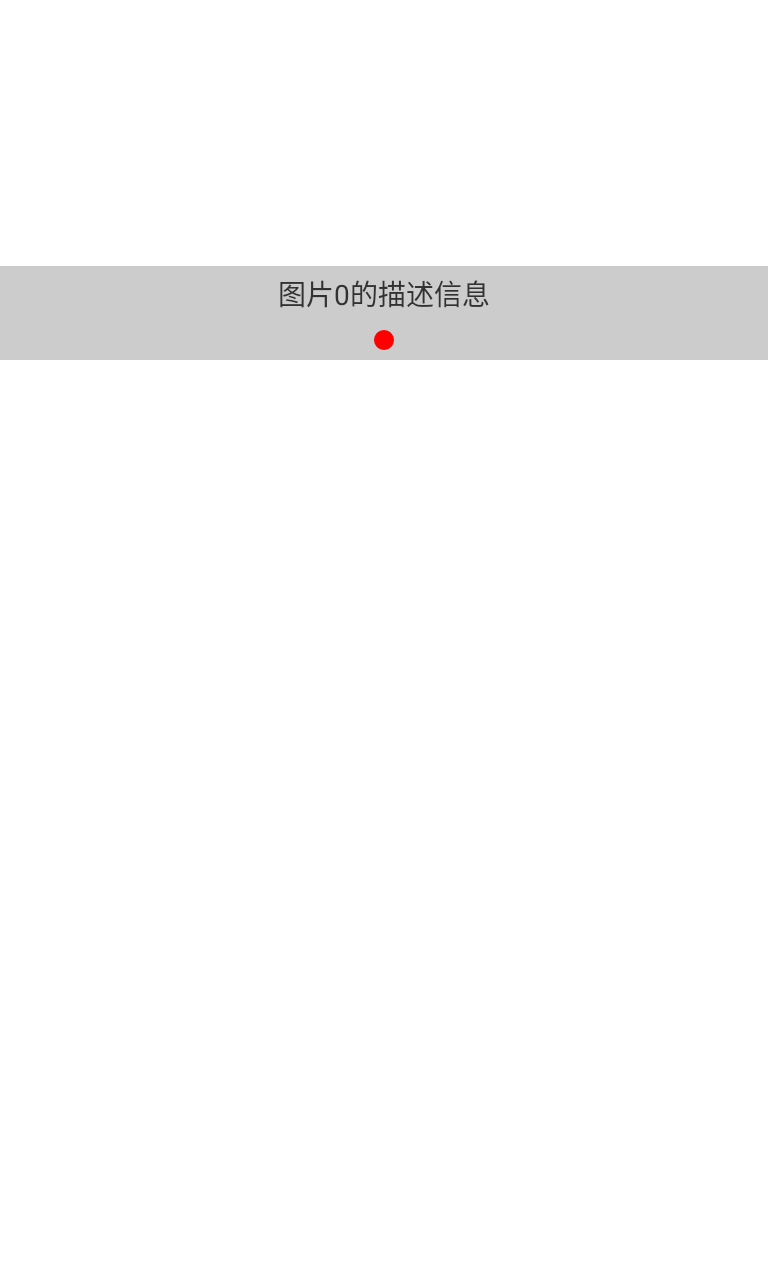
Repository: ASmouse/View
Layout: 01_ViewPager14/res/layout/activity_main.xml
The author's editor kept a copy of each file at every save. The layout is drawn from the files as they stood at one save, then again after the next save.
It is drawn on a 768 x 1280 px phone screen (xhdpi) without system bars, with theme AppTheme; the app's code is not run. Lists and similar views that code fills are empty.

Above is the layout before, as saved 2015-10-24 01:54:22.

### 01_ViewPager14/res/layout/activity_main.xml
<RelativeLayout xmlns:android="http://schemas.android.com/apk/res/android"
    xmlns:tools="http://schemas.android.com/tools"
    android:layout_width="match_parent"
    android:layout_height="match_parent"
    tools:context=".MainActivity" >

    <RelativeLayout
        android:layout_width="fill_parent"
        android:layout_height="180dp" >

        <!-- ViewPager组件的展示 -->

        <android.support.v4.view.ViewPager
            android:id="@+id/vp_test"
            android:layout_width="fill_parent"
            android:layout_height="180dp" >
        </android.support.v4.view.ViewPager>
        <!-- 描述信息和点的显示 -->

        <LinearLayout
            android:layout_width="fill_parent"
            android:layout_height="wrap_content"
            android:layout_alignParentBottom="true"
            android:background="#33000000"
            android:gravity="center_horizontal"
            android:orientation="vertical" >

            <!-- 图片的描述信息 -->

            <TextView
                android:layout_width="wrap_content"
                android:layout_height="wrap_content"
                android:layout_margin="3dip"
                android:text="图片0的描述信息" />

            <!-- 点的容器 -->

            <LinearLayout
                android:layout_margin="5dip"
                android:layout_width="wrap_content"
                android:layout_height="wrap_content"
                android:orientation="horizontal" >
                <View android:layout_width="10dip"
                    android:layout_height="10dip"
                    android:background="@drawable/red_point"/>
            </LinearLayout>
        </LinearLayout>
    </RelativeLayout>

</RelativeLayout>

### 01_ViewPager14/res/drawable/red_point.xml
<?xml version="1.0" encoding="utf-8"?>
<shape xmlns:android="http://schemas.android.com/apk/res/android"
    android:shape="oval">
    <!--圆的半径  -->
    <corners android:radius="5dip"></corners>

    <!-- 员的颜色 -->
    <solid android:color="#ff0000"/>

</shape>

### 01_ViewPager14/res/drawable/gray_point.xml
<?xml version="1.0" encoding="utf-8"?>
<shape xmlns:android="http://schemas.android.com/apk/res/android"
    android:shape="oval">
    <!--圆的半径  -->
    <corners android:radius="5dip"></corners>

    <!-- 圆的颜色 -->
    <solid android:color="#99cc99"/>

</shape>

Loaded but not shown: 01_ViewPager14/res/values/styles.xml (common file); 01_ViewPager14/res/values-v11/styles.xml (common file); 01_ViewPager14/res/values-v14/styles.xml (common file)

After the next save:
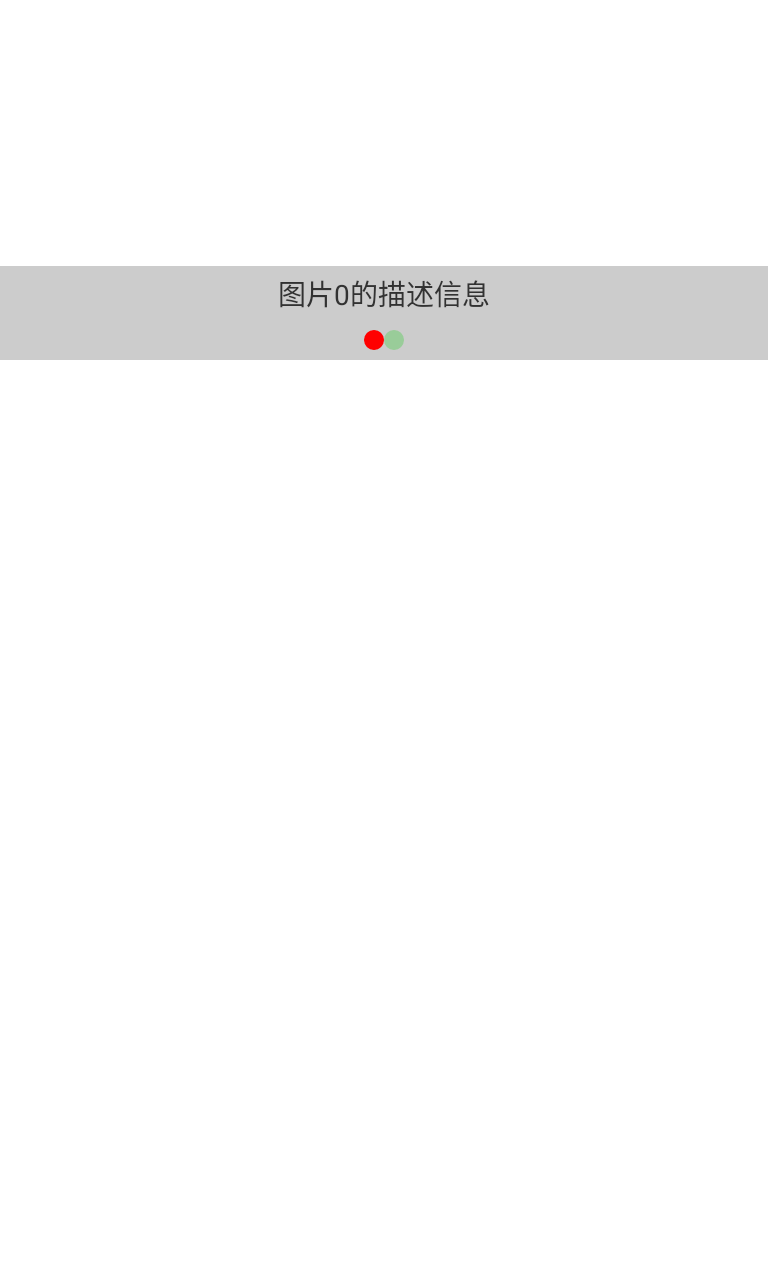
Saved 15 s later.
--- a/01_ViewPager14/res/layout/activity_main.xml
+++ b/01_ViewPager14/res/layout/activity_main.xml
@@ -43,6 +43,9 @@
                 <View android:layout_width="10dip"
                     android:layout_height="10dip"
                     android:background="@drawable/red_point"/>
+                 <View android:layout_width="10dip"
+                    android:layout_height="10dip"
+                    android:background="@drawable/gray_point"/>
             </LinearLayout>
         </LinearLayout>
     </RelativeLayout>
